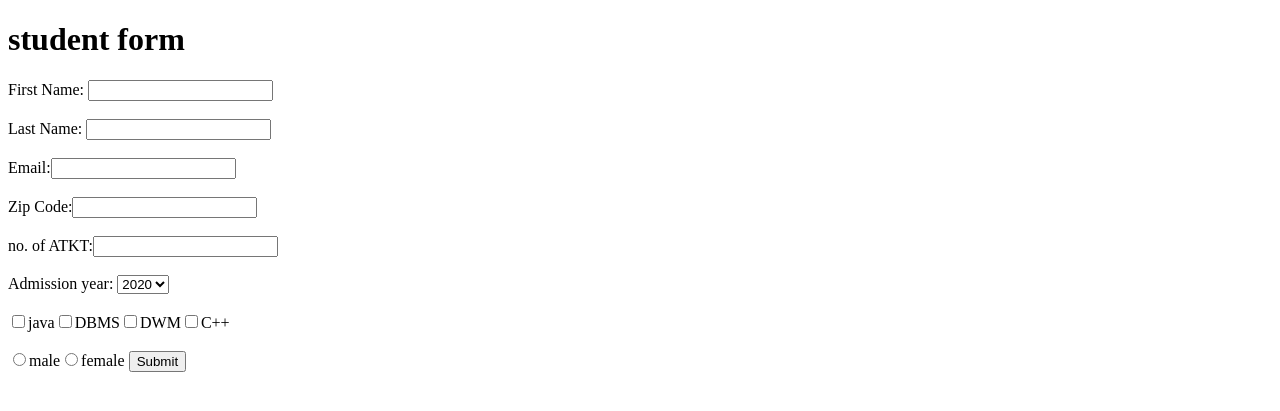
Repository: prathikpk/Springmvc
Page: http://localhost/springMvcDemo/student/showStudentForm
These files come from the project's save history. The page is drawn as it stood at one moment and after the next save; the edit follows.
The browser window is 1280 px wide. The pictures show the whole page.
The page is served by Tomcat 9. Other server files are loaded and not shown. The template is opened directly, without the code that normally fills it, so the values that code supplies are empty.

Above is the page before, as saved 2022-10-03 10:10:05.

### springMvcDemo/WebContent/WEB-INF/view/student-form.jsp
<%@ page language="java" contentType="text/html; charset=ISO-8859-1"
	pageEncoding="ISO-8859-1"%>
<%@ taglib prefix="form" uri="http://www.springframework.org/tags/form"%>
<%@ taglib uri="http://java.sun.com/jsp/jstl/core" prefix="c"%>
<!DOCTYPE html>
<html>
<head>
<meta charset="ISO-8859-1">
<title>Insert title here</title>
</head>
<body>
	<h1>student form</h1>

	<form:form action="processStudentForm" modelAttribute="theStudent">

		First Name: <form:input path="firstName" />
		<br>
		<br>

		Last Name: <form:input path="lastName" />
		<form:errors path="lastName"></form:errors>
		<br>
		<br>
		Email:<form:input path="email" />
		<br>
		<br>
		Zip Code:<form:input path="zipCode" />
		<form:errors path="zipCode"></form:errors>
		<br>
		<br>
		no. of ATKT:<form:input path="atkt" />
		<br>
		<br>
		Admission year:
		<form:select path="year">
			<form:options items="${theStudent.yearOption}" />
		</form:select>
		<br>
		<br>
		<form:checkboxes items="${theStudent.subjects}"
			path="selectedSubjects" />
		<br>
		<br>

		<form:radiobuttons items="${theStudent.genders}" path="selectedGender" />
		<input type="submit" value="Submit">


	</form:form>
</body>
</html>

After the next save:
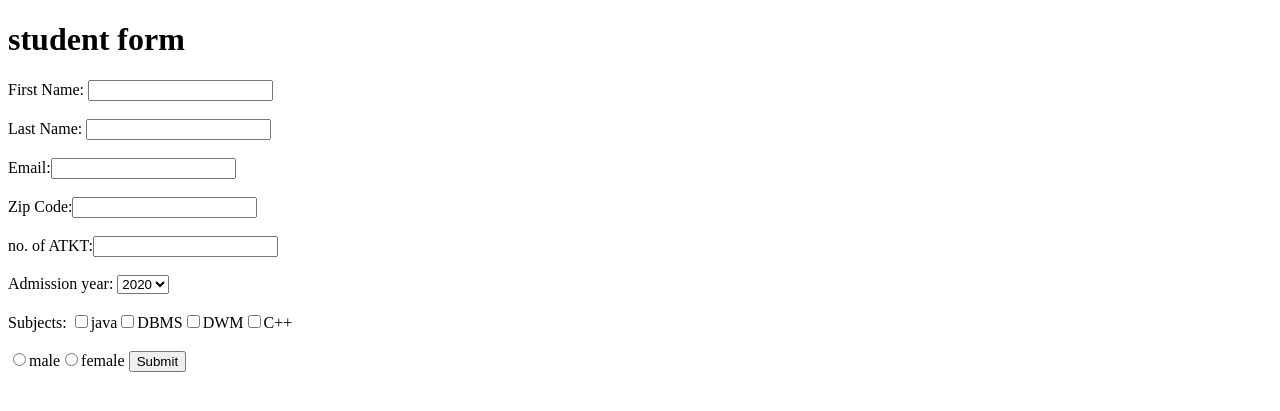
Saved 33 s later.
--- a/springMvcDemo/WebContent/WEB-INF/view/student-form.jsp
+++ b/springMvcDemo/WebContent/WEB-INF/view/student-form.jsp
@@ -37,6 +37,7 @@
 		</form:select>
 		<br>
 		<br>
+		Subjects:
 		<form:checkboxes items="${theStudent.subjects}"
 			path="selectedSubjects" />
 		<br>
